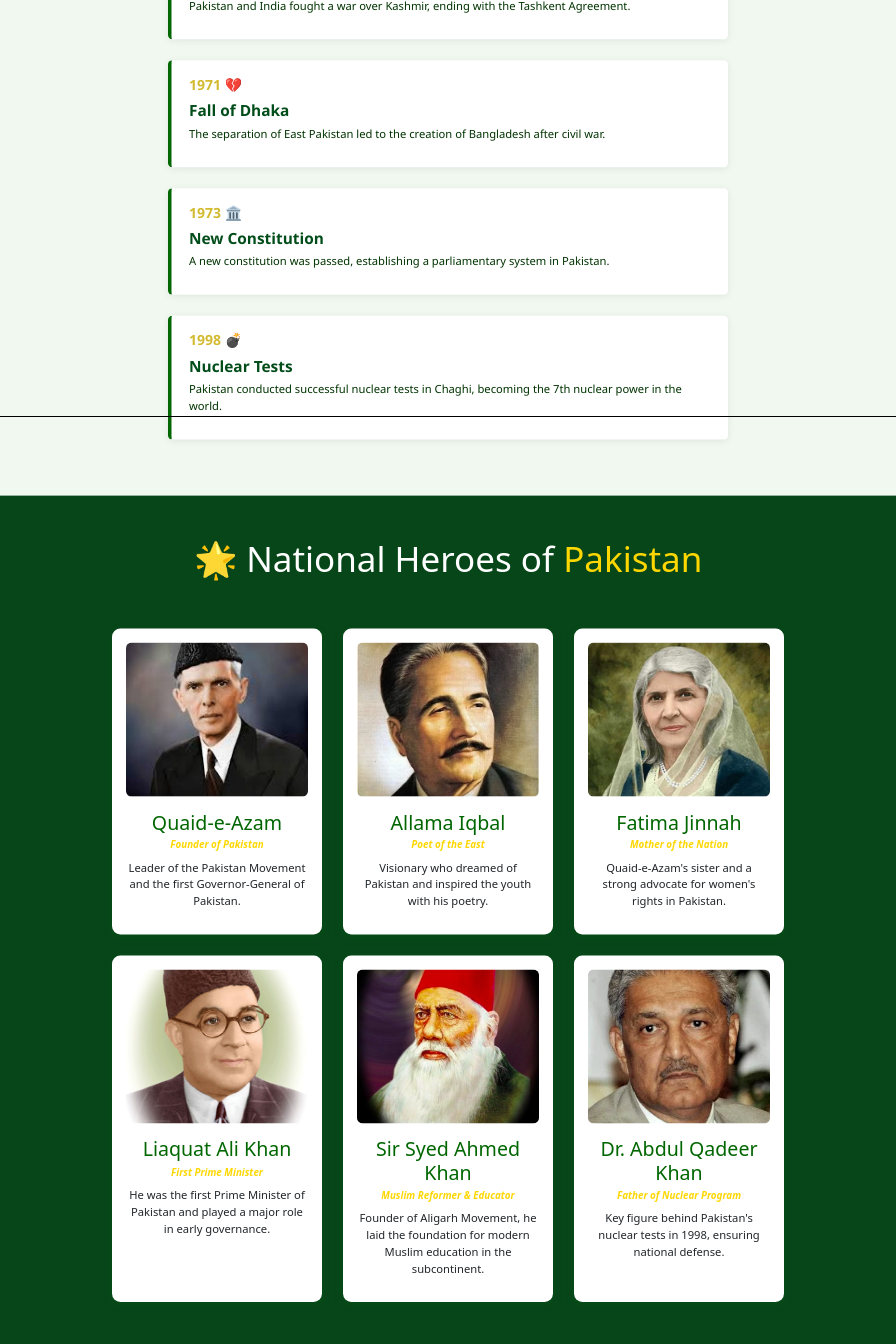
Repository: memonmuhammadali98/Pakistan-Independence-Day
Page: index.html
The author's editor kept a copy of each file at every save. The page is drawn from the files as they stood at one save, then again after the next save.
The browser window is 1280 px wide. The pictures show the part of the page from y = 2310 to 4230 px (the page is 4230 px tall before and 4124 px after), at 70% of full size.

Above is the page before, as saved 2025-08-08 17:11:55.
Console error: TypeError: Cannot set properties of null (setting 'innerHTML')

### index.html
<!DOCTYPE html>
<html lang="en">

<head>
  <meta charset="UTF-8">
  <meta name="viewport" content="width=device-width, initial-scale=1.0">
  <title>Independence Day</title>
  <!-- External CSS -->
  <link rel="stylesheet" href="./style.css">
  <!-- Bootstrap CDN -->
  <link href="https://cdn.jsdelivr.net/npm/bootstrap@5.3.7/dist/css/bootstrap.min.css" rel="stylesheet"
    integrity="sha384-LN+7fdVzj6u52u30Kp6M/trliBMCMKTyK833zpbD+pXdCLuTusPj697FH4R/5mcr" crossorigin="anonymous">
  <script src="https://cdn.jsdelivr.net/npm/bootstrap@5.3.7/dist/js/bootstrap.bundle.min.js"
    integrity="sha384-ndDqU0Gzau9qJ1lfW4pNLlhNTkCfHzAVBReH9diLvGRem5+R9g2FzA8ZGN954O5Q"
    crossorigin="anonymous"></script>
</head>

<body>
  <!-- Navbar Starts -->
  <nav class="navbar navbar-expand-lg navbar">
    <div class="container-fluid">
      <a class="navbar-brand" href="#">
        <img src="./Assets/logo-removebg-preview (1).png" alt="Logo" width="70px" height="50px">
      </a>
      <button class="navbar-toggler" type="button" data-bs-toggle="collapse" data-bs-target="#navbarSupportedContent"
        aria-controls="navbarSupportedContent" aria-expanded="false" aria-label="Toggle navigation">
        <span class="navbar-toggler-icon"></span>
      </button>
      <div class="collapse navbar-collapse" id="navbarSupportedContent">
        <ul class="navbar-nav me-auto ms-auto gap-5 mb-2 mb-lg-0 f-s-5">
          <li class="nav-item">
            <a class="nav-link active" aria-current="page" href="#">Home</a>
          </li>
          <li class="nav-item">
            <a class="nav-link active" href="#">About</a>
          </li>
          <li class="nav-item">
            <a class="nav-link active" aria-disabled="true">History</a>
          </li>
          <li class="nav-item">
            <a class="nav-link active" aria-disabled="true">Gallery</a>
          </li>
          <li class="nav-item">
            <a class="nav-link active" aria-disabled="true">Stories</a>
          </li>
        </ul>
        <form class="d-flex" role="search">
          <button class="btn" type="submit">Search</button>
        </form>
      </div>
    </div>
  </nav>
  <!-- Navbar Ends -->

  <!-- Hero Section Starts -->
  <!-- <section class="hero-section">
    <h1>Countdown to 14th August</h1>
    <div id="countdown"></div>
    <div id="message"></div>

    <div id="fireworks" class="firework-container" style="display: none;">
    <div class="firework"></div>
    <div class="firework"></div>
    <div class="firework"></div>
  </div>

  <div id="baaja-left" class="baaja">
    <img src="./Assets/Baja.png" alt="Baaja" width="300px">
  </div>
  <div id="baaja-right" class="baaja">
    <img src="./Assets/Baja-right.png" alt="Baja" width="300px">
  </div>

  </section> -->
  <!-- Hero Section Ends -->


  <!-- About Section Starts -->
  <!-- <section class="about-section">
    <div class="container">
    <h2>About Independence Day</h2>
    <p>
      Every year on <strong>14th August</strong>, Pakistan celebrates its Independence Day with great pride and honor.
      It marks the day when Pakistan became a sovereign nation in <strong> 1947</strong>. The day is a symbol of freedom, sacrifices, and the efforts of our leaders and ancestors who made this country possible.
    </p>
    <p>
      We celebrate with parades, flags, lights, and unity reminding ourselves of the values of peace, hard work, and patriotism.
    </p>
  </div>
   </section> -->


  <!-- HERO SECTION STARTS -->
  <section class="hero-section">
    <div class="hero-text">
      <h1>Celebrating Freedom Honoring <span style="color: gold;">Sacrifice</span></h1>
      <p>On this 14th August, let's remember the heroes who gave us independence and strive for a better Pakistan.</p>
      <button>Explore Our Journey</button>
    </div>
    <div class="hero-img">
      <img src="./Assets/hero-img.png" alt="Hero img" class="hero-img-1">
      <!-- <img src="./Assets/hero-img-2.png" alt="Hero img 2" class="Hero-img-2">
      <img src="./Assets/Hero-img-3.png" alt="Hero img 3" class="Hero-img-3"> -->
    </div>
  </section>
  <!-- HERO SECTION ENDS -->

  <!-- ABOUT SECTION STARTS -->
  <section class="about-section">
    <h2>About <span style="color: gold;">Pakistan</span></h2>
    <div class="about-container">
      <div class="about-img">
        <div class="flag-wrapper">
          <div class="flag">
            <div class="white-part"></div>
            <div class="green-part">
              <div class="crescent"></div>
              <div class="star"></div>
            </div>
          </div>
        </div>
      </div>
      <div class="about-text">
        <p>
          Pakistan is a country rich in history, culture, and natural beauty. From the majestic mountains of the north
          to the vast deserts in the south, it is a land of diversity and tradition. The people of Pakistan are known
          for their hospitality, resilience, and deep-rooted values. With a vision for progress and unity, Pakistan
          continues to grow while honoring its heritage and identity.
        </p>
      </div>
    </div>
  </section>
  <!-- ABOUT SECTION ENDS -->

  <!-- HISTORY SECTION STARTS -->
  <section class="history-section">
    <h2>Pakistan's Historical <span style="color: gold;">Journey</span></h2>
    <div class="timeline">

      <div class="timeline-item">
        <span class="year">1857 🔥</span>
        <h3>First War of Independence</h3>
        <p>The First War of Independence began, igniting the spark for freedom from British rule.</p>
      </div>

      <div class="timeline-item">
        <span class="year">1906 🕌</span>
        <h3>Formation of Muslim League</h3>
        <p>The All-India Muslim League was founded to represent Muslim interests in British India.</p>
      </div>

      <div class="timeline-item">
        <span class="year">1940 📜</span>
        <h3>Lahore Resolution</h3>
        <p>The Pakistan Resolution was passed in Lahore, demanding a separate homeland for Muslims.</p>
      </div>

      <div class="timeline-item">
        <span class="year">1947 🕊️</span>
        <h3>Independence of Pakistan</h3>
        <p>Pakistan gained independence on August 14 under the leadership of Quaid-e-Azam Muhammad Ali Jinnah.</p>
      </div>

      <div class="timeline-item">
        <span class="year">1956 📖</span>
        <h3>First Constitution</h3>
        <p>Pakistan became the Islamic Republic by adopting its first constitution on March 23.</p>
      </div>

      <div class="timeline-item">
        <span class="year">1965 ⚔️</span>
        <h3>Second War with India</h3>
        <p>Pakistan and India fought a war over Kashmir, ending with the Tashkent Agreement.</p>
      </div>

      <div class="timeline-item">
        <span class="year">1971 💔</span>
        <h3>Fall of Dhaka</h3>
        <p>The separation of East Pakistan led to the creation of Bangladesh after civil war.</p>
      </div>

      <div class="timeline-item">
        <span class="year">1973 🏛️</span>
        <h3>New Constitution</h3>
        <p>A new constitution was passed, establishing a parliamentary system in Pakistan.</p>
      </div>

      <div class="timeline-item">
        <span class="year">1998 💣</span>
        <h3>Nuclear Tests</h3>
        <p>Pakistan conducted successful nuclear tests in Chaghi, becoming the 7th nuclear power in the world.</p>
      </div>

    </div>
  </section>
  <!-- HISTORY SECTION ENDS -->

  <!-- NATIONAL HERO SECTION STARTS -->
   <section class="national-hero-section">
  <h2>🌟 National Heroes of <span style="color: gold;">Pakistan</span></h2>
  <div class="national-hero-cards">

    <div class="national-hero-card">
      <img src="assets/Quaid-img.jpeg" alt="Quaid-e-Azam">
      <h3>Quaid-e-Azam</h3>
      <p class="title">Founder of Pakistan</p>
      <p>Leader of the Pakistan Movement and the first Governor-General of Pakistan.</p>
    </div>

    <div class="national-hero-card">
      <img src="assets/Allama-Iqbal-img.webp" alt="Allama Iqbal">
      <h3>Allama Iqbal</h3>
      <p class="title">Poet of the East</p>
      <p>Visionary who dreamed of Pakistan and inspired the youth with his poetry.</p>
    </div>

    <div class="national-hero-card">
      <img src="assets/fatima-jinnah.jpg" alt="Fatima Jinnah">
      <h3>Fatima Jinnah</h3>
      <p class="title">Mother of the Nation</p>
      <p>Quaid-e-Azam's sister and a strong advocate for women's rights in Pakistan.</p>
    </div>

    <div class="national-hero-card">
      <img src="assets/Liaquat-Ali-Khan-img.jpg" alt="Allama Iqbal">
      <h3>Liaquat Ali Khan</h3>
      <p class="title">First Prime Minister</p>
      <p>He was the first Prime Minister of Pakistan and played a major role in early governance.</p>
    </div>

    <div class="national-hero-card">
      <img src="assets/Sir-Syed-Ahmed-Khan-img.webp" alt="Allama Iqbal">
      <h3>Sir Syed Ahmed Khan</h3>
      <p class="title">Muslim Reformer & Educator</p>
      <p>Founder of Aligarh Movement, he laid the foundation for modern Muslim education in the subcontinent.</p>
    </div>

    <div class="national-hero-card">
      <img src="assets/Abdul-Qadeer-Khan-img.webp" alt="Dr. Abdul Qadeer Khan">
      <h3>Dr. Abdul Qadeer Khan</h3>
      <p class="title">Father of Nuclear Program</p>
      <p>Key figure behind Pakistan's nuclear tests in 1998, ensuring national defense.</p>
    </div>

  </div>
</section>





  <script>
    // Set the target date (14 August of current year OR test with few seconds from now)
    var now = new Date();
    var year = now.getFullYear();

    // For demo/testing: trigger after 5 seconds
    var targetDate = new Date(new Date().getTime() + 5000);

    // Countdown and elements
    var countdown = document.getElementById("countdown");
    var message = document.getElementById("message");
    var leftBaaja = document.getElementById("baaja-left");
    var rightBaaja = document.getElementById("baaja-right");

    var timer = setInterval(function () {
      var currentTime = new Date().getTime();
      var timeLeft = targetDate.getTime() - currentTime;

      if (timeLeft <= 0) {
        clearInterval(timer);
        countdown.innerHTML = "";
        message.innerHTML = "Happy Independence Day Pakistan!";
        message.classList.add("message-animate");

        // Show fireworks and baajas
        document.getElementById("fireworks").style.display = "block";
        leftBaaja.style.display = "block";
        rightBaaja.style.display = "block";

        // Slide in animation
        leftBaaja.classList.add("slideInLeft");
        rightBaaja.classList.add("slideInRight");

        // After sliding, add continuous bounce
        leftBaaja.addEventListener("animationend", function () {
          leftBaaja.classList.add("bounce");
        });

        rightBaaja.addEventListener("animationend", function () {
          rightBaaja.classList.add("bounce");
        });

      } else {
        var days = Math.floor(timeLeft / (1000 * 60 * 60 * 24));
        var hours = Math.floor((timeLeft % (1000 * 60 * 60 * 24)) / (1000 * 60 * 60));
        var minutes = Math.floor((timeLeft % (1000 * 60 * 60)) / (1000 * 60));
        var seconds = Math.floor((timeLeft % (1000 * 60)) / 1000);

        countdown.innerHTML =
          days + "d " + hours + "h " + minutes + "m " + seconds + "s ";
      }
    }, 1000);
  </script>

</body>

</html>

Loaded but not shown: style.css (579 lines, source omitted)

After the next save:
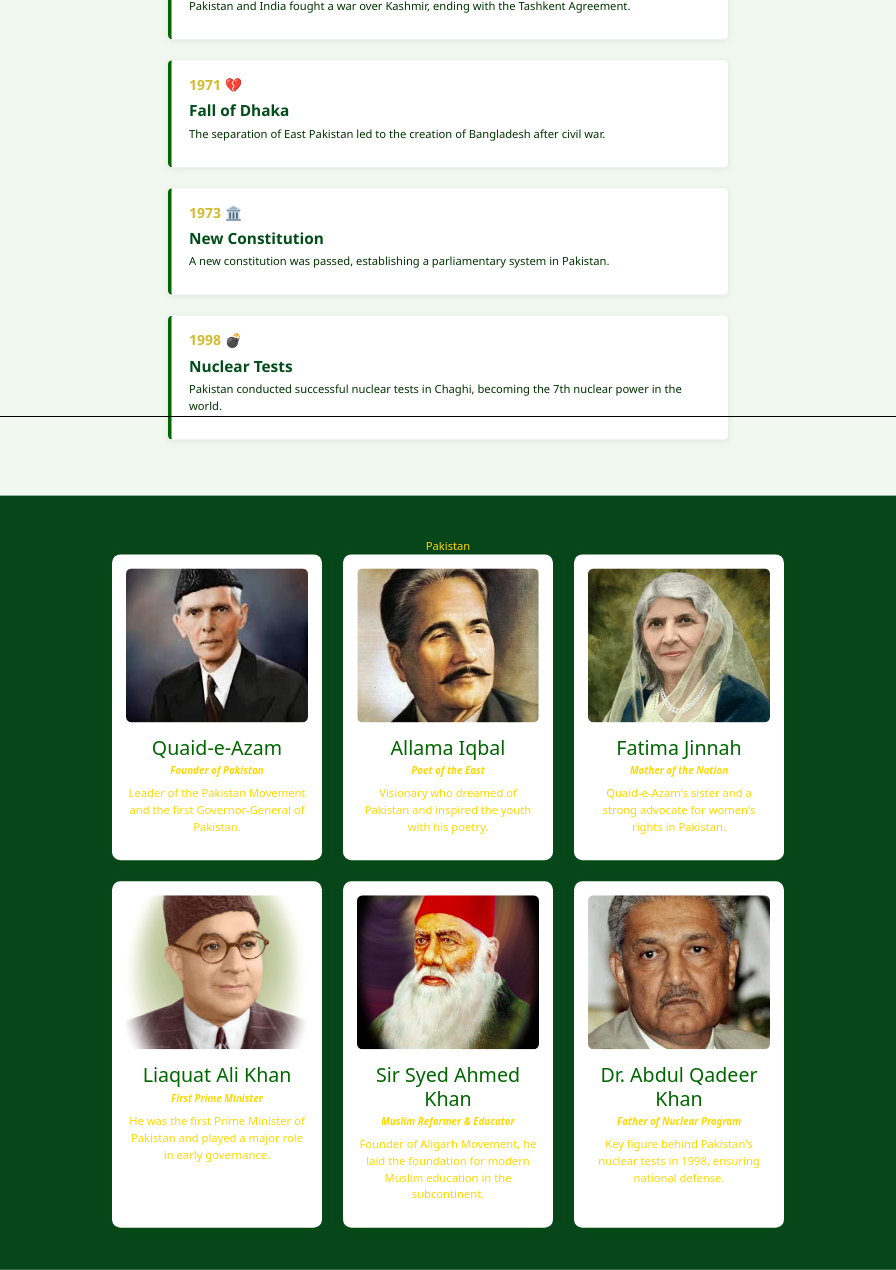
Saved 25 s later.
--- a/index.html
+++ b/index.html
@@ -197,7 +197,7 @@
 
   <!-- NATIONAL HERO SECTION STARTS -->
    <section class="national-hero-section">
-  <h2>🌟 National Heroes of <span style="color: gold;">Pakistan</span></h2>
+  <h2National Heroes of <span style="color: gold;">Pakistan</span></h2>
   <div class="national-hero-cards">
 
     <div class="national-hero-card">

After the save that followed:
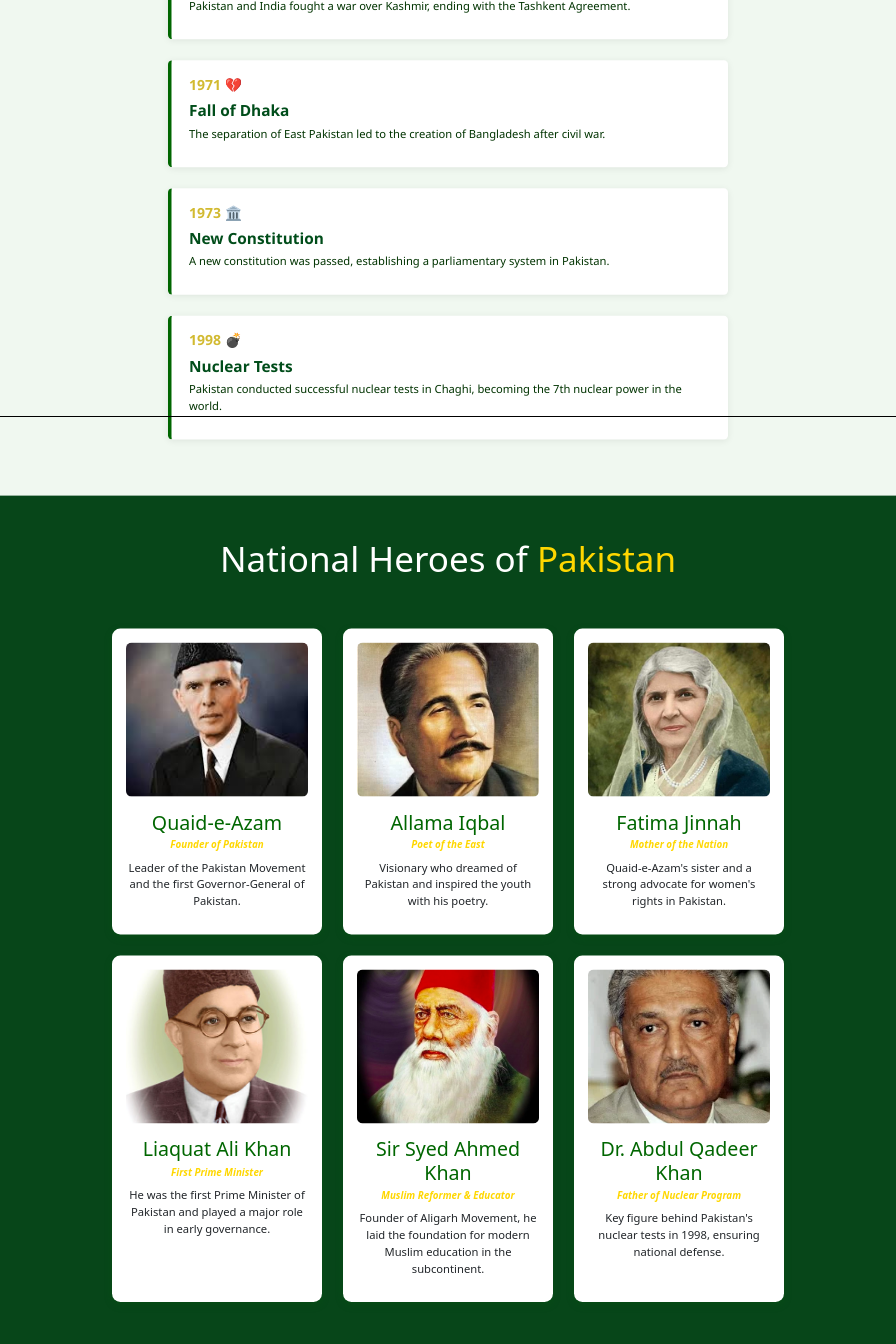
Saved 4 s later.
--- a/index.html
+++ b/index.html
@@ -197,7 +197,7 @@
 
   <!-- NATIONAL HERO SECTION STARTS -->
    <section class="national-hero-section">
-  <h2National Heroes of <span style="color: gold;">Pakistan</span></h2>
+  <h2>National Heroes of <span style="color: gold;">Pakistan</span></h2>
   <div class="national-hero-cards">
 
     <div class="national-hero-card">
